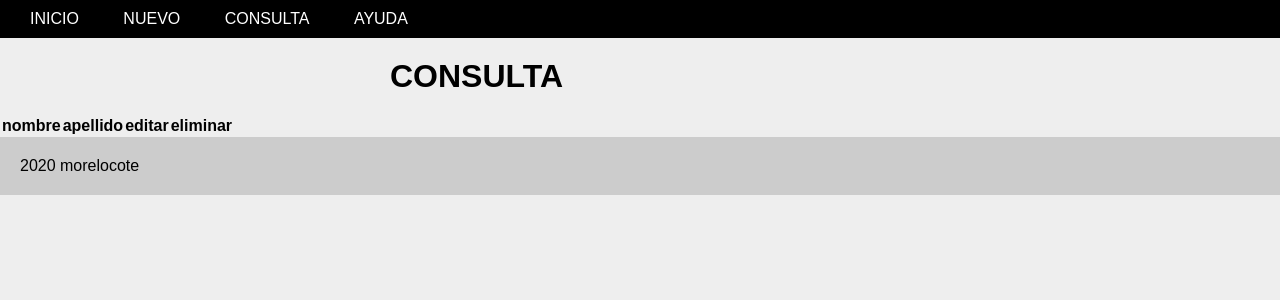
Repository: edgarhdzp/crud-php-poo-mvc-ajax
Page: http://localhost/poomvc/consulta
These files come from the project's save history. The page is drawn as it stood at one moment and after a run of saves; the edit follows.
The browser window is 1280 px wide. The pictures show the whole page.
The page is run by PHP 8.4 with error messages shown; the project is at /var/www/html/. Queries for data that is not in the repository find no rows.

Above is the page before, as saved 2020-06-25 18:11:14.

### index.php
<?php

require_once 'libs/controller.php';
require_once 'libs/model.php';
require_once 'libs/view.php';
require_once 'libs/app.php';
require_once 'libs/database.php';
require_once 'config/config.php';

$new = new App();

?>

### libs/controller.php
<?php
//clase padre
class Controller{
    function __construct(){
        //indicamos que se cree una nueva vista para un controlador
        $this->view = new View();

    }

    function loadModel($model){
        $url = 'models/'.$model.'model.php';

        if(file_exists($url)){
            require $url;

            $modelName = $model.'Model';
            $this->model = new $modelName();
        }
    }
}

?>

### libs/model.php
<?php

class Model{
    function __construct(){
        $this->db = new Database();

    }
}

?>

### libs/view.php
<?php
//vista madre
class View{
    function __construct(){
    }
    //esta funcion hace el redireccionamiento
    function render($nombre){
        //indicamos la ubicacion y nombre del archivo
        require 'views/' . $nombre . '.php';
    }
}

?>

### libs/app.php
<?php

//archivo de error
require_once 'controllers/error.php';

class App{
    function __construct(){
        //la varible urlsera igual a la url que declaramos en htaccess y en acces es todo el valor que ingrese
        $url = $_GET['url'];
        //aqui con xtrim retiramos los / que no necesitamos en la url
        $url = rtrim($url, '/');
        //buscamos nuestro separador / esto nos devuelve un arreglo
        $url = explode('/', $url);
        //validamos si despues denuestro primer / no hay nada entonces que nos redireccione a main
        if(empty($url[0])){
            $archivoController = 'controllers/main.php';
            require_once $archivoController;
            $controller = new Main();
            $controller->loadModel('main');
            $controller->render();

            return false;
        }
        //declaramos nuestra variable que sera igual a la ubicacion de controlador y url es igual a la clase
        $archivoController = 'controllers/' . $url[0] . '.php';
        //verificmos que el archivo exista
        if(file_exists($archivoController)){
            require_once $archivoController;
            //mandamos llamar nuestra clase que de acuerdo al arreglo sera la posicion 0
            $controller = new $url[0];
            $controller->loadModel($url[0]);

            $nparam = sizeof($url);

            if($nparam >1){
                if($nparam >2){
                    $param = [];
                    for($i = 2; $i<$nparam; $i++ ){
                        array_push($param,$url[$i]);
                    }
                    $controller->{$url[1]}($param);
                }else{
                    $controller->{$url[1]}();

                }
            }else{
                $controller->render();
            }
            }else{
                $controller = new Fail();
                //si no existe se ejecutara el controlador error
            }
        }
    }

?>

### controllers/error.php
<?php

class Fail extends Controller{
    function __construct(){
        parent::__construct();
        $this->view->mensaje ="valio verga no estas viendo";
        $this->view->render('error/index');
    }
}

?>

### libs/database.php
<?php

class Database{
    private $host;
    private $db;
    private $user;
    private $password;
    private $charset;

    public function __construct(){
        $this->host = constant('HOST');
        $this->db = constant('DB');
        $this->user = constant('USER');
        $this->password = constant('PASSWORD');
        $this->charset = constant('CHARSET');

    }
    function connect(){
        try{
            $conexion = "mysql:host=".$this->host.";dbname=".$this->db.";charset=".$this->charset;
            $options = [
                PDO::ATTR_ERRMODE  => PDO::ERRMODE_EXCEPTION,
                PDO::ATTR_EMULATE_PREPARES => false,
            ];
            $pdo = new PDO ($conexion, $this->user, $this->password, $options);
            return $pdo;

        }catch(PDOException $e){
            print_r('error no se conecto loco: ' . $e->getMessage());
        }
    }
}

?>

### config/config.php
<?php

define('URL', 'http://localhost:8888/poomvc/');

define('HOST','localhost');
define('DB','tasks-app');
define('USER','root');
define('PASSWORD','root');
define('CHARSET','utf8mb4');


?>

### controllers/consulta.php
<?php

class Consulta extends Controller{
    function __construct(){
        parent::__construct();
        $this->view->alumnos = [];
    }
    function render(){
        $alumnos = $this->model->get();
        $this->view->alumnos = $alumnos;
        $this->view->render('consulta/index');

    }

    function verAlumno($param = null){
        var_dump($param);
    }
    function actualizarAlumno(){}
    function eliminarAlumno(){}
}

?>

### models/consultamodel.php
<?php

include_once 'models/alumno.php';

class ConsultaModel extends Model{

    public function __construct(){
        parent::__construct();
    }
    public function Get(){
        $items = [];

        try{
            $query = $this->db->connect()->query("SELECT * FROM task");
            while($row = $query->fetch()){
                $item = new Alumno();
                $item->id = $row['id'];
                $item->nombre = $row['nombre'];
                $item->apellido =$row['apellido'];

                array_push($items, $item);
            }
            return $items;
        }catch(PDOException $e){
            return [];
        }
    }
}

?>

### models/alumno.php
<?php

class Alumno{

    public $id;
    public $nombre;
    public $apellido;
}

?>

### views/consulta/index.php
<!DOCTYPE html>
<html lang="en">
<head>
    <meta charset="UTF-8">
    <meta name="viewport" content="width=device-width, initial-scale=1.0">
    <title>Document</title>
</head>
<body>

<?php require 'views/header.php'; ?>

<div id="main">
<h1>CONSULTA</h1>
</div>

<table>
<thead>
<tr>
<th>nombre</th>
<th>apellido</th>
<th>editar</th>
<th>eliminar</th>
</tr>
</thead>
<tbody>
<?php
include_once 'models/alumno.php';
foreach($this->alumnos as $row){
    $alumno = new Alumno();
    $alumno = $row;
 ?>

<tr>
<td><?php echo $alumno->nombre ?></td>
<td><?php echo $alumno->apellido ?></td>
<td><a href="<?php echo constant('URL'). 'consulta/verAlumno/' . $alumno->id?>">editar</a></td>
<td><a href="<?php echo constant('URL'). 'consulta/eliminarAlumno/' . $alumno->id?>">eliminar</a></td>
</tr>
<?php } ?>
</tbody>
</table>

<?php require 'views/footer.php'; ?>

</body>
</html>

### views/header.php
<!DOCTYPE html>
<html lang="en">
<head>
    <meta charset="UTF-8">
    <meta name="viewport" content="width=device-width, initial-scale=1.0">
    <link rel="stylesheet" href="<?php echo constant('URL');?>public/css/style.css">
    <title></title>
</head>
<body>
    <div id="header">
    <ul>
    <li><a href="<?php echo constant('URL');?>main">INICIO</a></li>
    <li><a href="<?php echo constant('URL');?>nuevo">NUEVO</a></li>
    <li><a href="<?php echo constant('URL');?>consulta">CONSULTA</a></li>
    <li><a href="<?php echo constant('URL');?>ayuda">AYUDA</a></li>
    </ul>
    </div>
</body>
</html>

### views/footer.php
<div id="footer">
2020 morelocote
</div>

### public/css/style.css
* {
    margin: 0;
    padding: 0;
}

body {
    font-family: Arial, Helvetica, sans-serif;
    background-color: #eee;
}

#header {
    background-color: black;
    padding: 10px;
}

#header ul li {
    list-style: none;
    display: inline;
    padding: 10px;
}

#header ul li a {
    color: white;
    text-decoration: none;
    padding: 10px;
}

#footer {
    background-color: #ccc;
    padding: 20px;
}

#main {
    padding: 20px 0;
    width: 500px;
    margin: 0 auto;
}

After the next 3 saves:
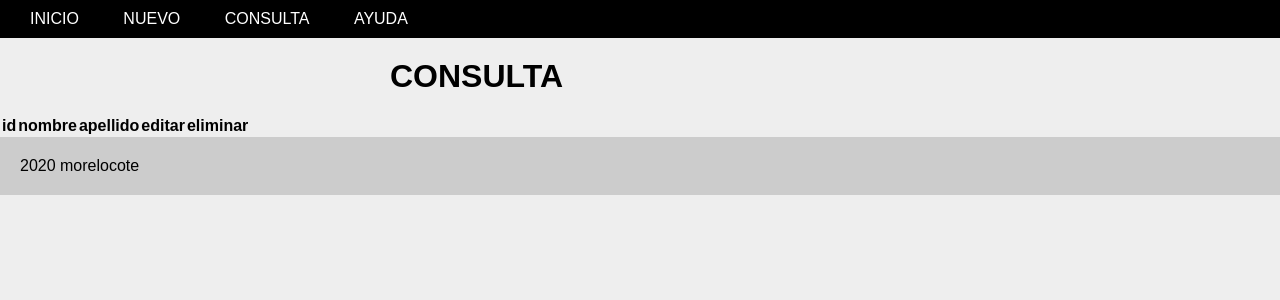
The 3 saves are shown as one change because they came seconds apart.
The last was saved 11 s later.
--- a/views/consulta/index.php
+++ b/views/consulta/index.php
@@ -16,6 +16,7 @@
 <table>
 <thead>
 <tr>
+<th>id</th>
 <th>nombre</th>
 <th>apellido</th>
 <th>editar</th>
